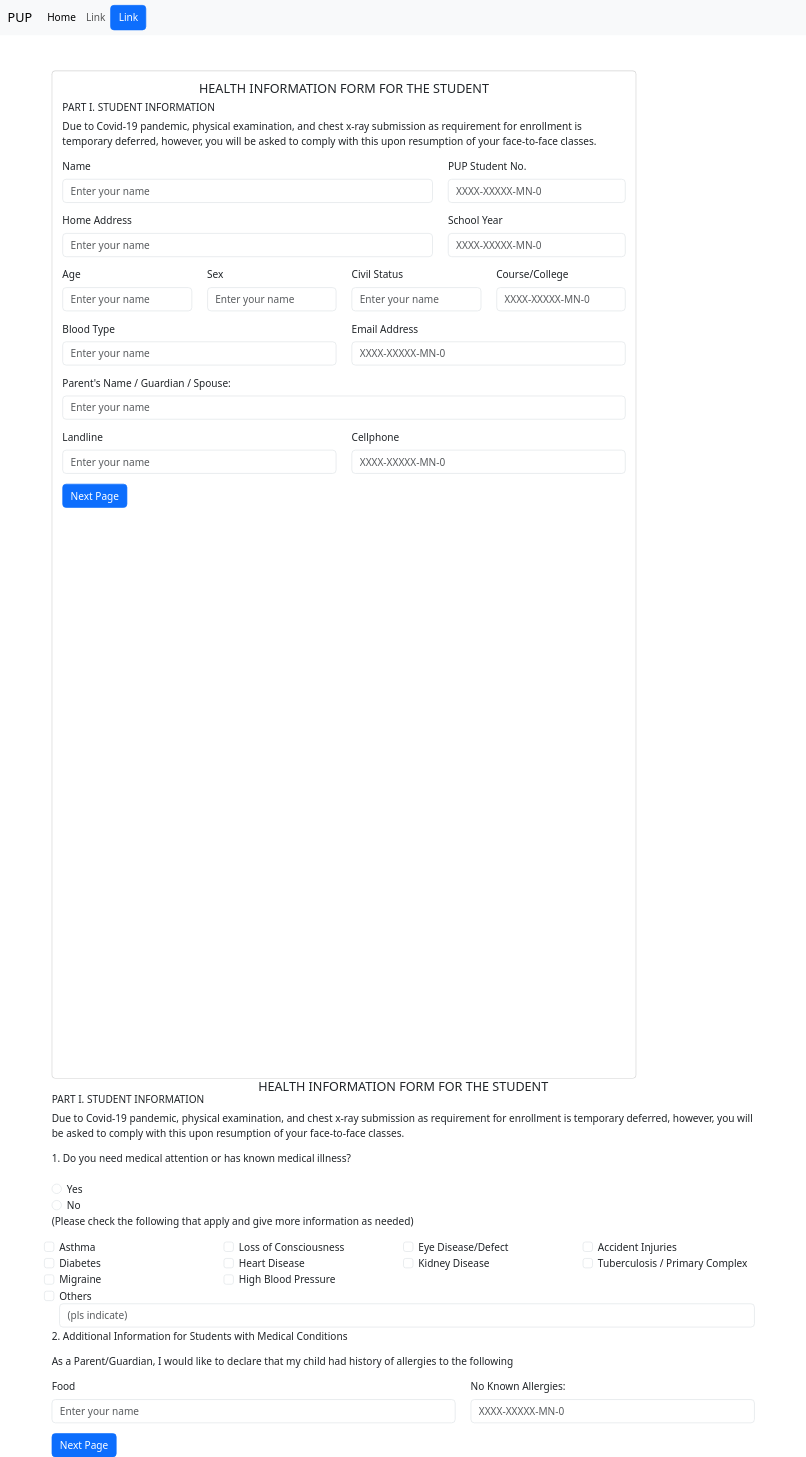
Repository: Nicktacku/webdev
Page: form.html
The author's editor kept a copy of each file at every save. The page is drawn from the files as they stood at one save, then again after the next save.
The browser window is 1280 px wide. The pictures show the whole page, at 63% of full size.

Above is the page before, as saved 2024-07-15 18:56:31.

### form.html
<!DOCTYPE html>
<html lang="en">
  <head>
    <meta charset="UTF-8" />
    <meta name="viewport" content="width=device-width, initial-scale=1.0" />
    <title>Document</title>
    <link
      href="https://cdn.jsdelivr.net/npm/bootstrap@5.3.3/dist/css/bootstrap.min.css"
      rel="stylesheet"
      integrity="sha384-QWTKZyjpPEjISv5WaRU9OFeRpok6YctnYmDr5pNlyT2bRjXh0JMhjY6hW+ALEwIH"
      crossorigin="anonymous"
    />
  </head>
  <body>
    <!-- Navbar -->
    <nav class="navbar navbar-expand-lg bg-body-tertiary">
        <div class="container-fluid">
          <a class="navbar-brand" href="#">PUP</a>
          <button
            class="navbar-toggler"
            type="button"
            data-bs-toggle="collapse"
            data-bs-target="#navbarSupportedContent"
            aria-controls="navbarSupportedContent"
            aria-expanded="false"
            aria-label="Toggle navigation"
          >
            <span class="navbar-toggler-icon"></span>
          </button>
          <div class="collapse navbar-collapse" id="navbarSupportedContent">
            <ul class="navbar-nav me-auto mb-2 mb-lg-0">
              <li class="nav-item">
                <a class="nav-link active" aria-current="page" href="#">Home</a>
              </li>
              <li class="nav-item">
                <a class="nav-link" href="#">Link</a>
              </li>

              <a class="btn btn-primary" href="form.html" role="button">Link</a>
          </div>
        </div>
      </nav>

    <div
      class="container mt-2 pt-5"
    >


    <div class="card" style="width: 58rem; height: 100rem">

        <!-- section 1 -->
        <div class="card-body" id="section-1">
          <h5 class="card-title d-flex justify-content-center">HEALTH INFORMATION FORM FOR THE STUDENT</h5>
          <h6 class="card-text">PART I. STUDENT INFORMATION</h6>
          <p class="card-text">Due to Covid-19 pandemic, physical examination, and chest x-ray submission as requirement for enrollment is
            temporary deferred, however, you will be asked to comply with this upon resumption of your face-to-face classes.</p>

            <div class="row">
                <div class="col-8">
                    <div class="mb-3">
                        <label for="name" class="form-label">Name</label>
                        <input type="text" class="form-control" id="name-input" placeholder="Enter your name">
                      </div>
                </div>
                <div class="col">
                    <div class="mb-3">
                        <label for="name" class="form-label">PUP Student No.</label>
                        <input type="text" class="form-control" id="name-input" placeholder="XXXX-XXXXX-MN-0">
                      </div>
                </div>
            </div>

            <div class="row">
                <div class="col-8">
                    <div class="mb-3">
                        <label for="name" class="form-label">Home Address</label>
                        <input type="text" class="form-control" id="name-input" placeholder="Enter your name">
                      </div>
                </div>
                <div class="col">
                    <div class="mb-3">
                        <label for="name" class="form-label">School Year</label>
                        <input type="text" class="form-control" id="name-input" placeholder="XXXX-XXXXX-MN-0">
                      </div>
                </div>
            </div>

            <div class="row">
                <div class="col-3">
                    <div class="mb-3">
                        <label for="name" class="form-label">Age</label>
                        <input type="text" class="form-control" id="name-input" placeholder="Enter your name">
                      </div>
                </div>
                <div class="col-3">
                    <div class="mb-3">
                        <label for="name" class="form-label">Sex</label>
                        <input type="text" class="form-control" id="name-input" placeholder="Enter your name">
                      </div>
                </div>
                <div class="col-3">
                    <div class="mb-3">
                        <label for="name" class="form-label">Civil Status</label>
                        <input type="text" class="form-control" id="name-input" placeholder="Enter your name">
                      </div>
                </div>
                <div class="col">
                    <div class="mb-3">
                        <label for="name" class="form-label">Course/College</label>
                        <input type="text" class="form-control" id="name-input" placeholder="XXXX-XXXXX-MN-0">
                      </div>
                </div>
            </div>

            <div class="row">
                <div class="col-6">
                    <div class="mb-3">
                        <label for="name" class="form-label">Blood Type</label>
                        <input type="text" class="form-control" id="name-input" placeholder="Enter your name">
                      </div>
                </div>
                <div class="col">
                    <div class="mb-3">
                        <label for="name" class="form-label">Email Address</label>
                        <input type="text" class="form-control" id="name-input" placeholder="XXXX-XXXXX-MN-0">
                      </div>
                </div>
            </div>

            <div class="row">
                <div class="col">
                    <div class="mb-3">
                        <label for="name" class="form-label">Parent's Name / Guardian / Spouse:</label>
                        <input type="text" class="form-control" id="name-input" placeholder="Enter your name">
                      </div>
                </div>
            </div>

            <div class="row">
                <div class="col-6">
                    <div class="mb-3">
                        <label for="name" class="form-label">Landline</label>
                        <input type="text" class="form-control" id="name-input" placeholder="Enter your name">
                      </div>
                </div>
                <div class="col">
                    <div class="mb-3">
                        <label for="name" class="form-label">Cellphone</label>
                        <input type="text" class="form-control" id="name-input" placeholder="XXXX-XXXXX-MN-0">
                      </div>
                </div>
            </div>

          <a href="#" class="btn btn-primary">Next Page</a>
        </div>
      </div>

      <!-- Section 2 -->
      <div class="card-body" id="section-2">
        <h5 class="card-title d-flex justify-content-center">HEALTH INFORMATION FORM FOR THE STUDENT</h5>
        <h6 class="card-text">PART I. STUDENT INFORMATION</h6>
        <p class="card-text">Due to Covid-19 pandemic, physical examination, and chest x-ray submission as requirement for enrollment is
          temporary deferred, however, you will be asked to comply with this upon resumption of your face-to-face classes.</p>

          <div class="row">
            <div class="col-12">
                <div class="mb-3">
                    <label for="name" class="form-label">1. Do you need medical attention or has known medical illness?</label>
                </div>
                <div class="form-check">
                    <input class="form-check-input" type="radio" name="flexRadioDefault" id="flexRadioDefault1">
                    <label class="form-check-label" for="flexRadioDefault1">
                      Yes
                    </label>
                  </div>
                  <div class="form-check">
                    <input class="form-check-input" type="radio" name="flexRadioDefault" id="flexRadioDefault2">
                    <label class="form-check-label" for="flexRadioDefault2">
                      No
                    </label>
                  </div>

                  <div class="row">
                    <p class="col-12">(Please check the following that apply and give more information as needed)</p>
                    <div class="form-check col-3">
                        <input class="form-check-input" type="checkbox" value="" id="flexCheckDefault">
                        <label class="form-check-label" for="flexCheckDefault">
                          Asthma
                    </label>
                    </div>
                    <div class="form-check col-3">
                        <input class="form-check-input" type="checkbox" value="" id="flexCheckDefault">
                        <label class="form-check-label" for="flexCheckDefault">
                            Loss of Consciousness
                    </label>
                    </div>
                    <div class="form-check col-3">
                        <input class="form-check-input" type="checkbox" value="" id="flexCheckDefault">
                        <label class="form-check-label" for="flexCheckDefault">
                            Eye Disease/Defect
                    </label>
                    </div>
                    <div class="form-check col-3">
                        <input class="form-check-input" type="checkbox" value="" id="flexCheckDefault">
                        <label class="form-check-label" for="flexCheckDefault">
                            Accident Injuries
                    </label>
                    </div>
                    <div class="form-check col-3">
                        <input class="form-check-input" type="checkbox" value="" id="flexCheckDefault">
                        <label class="form-check-label" for="flexCheckDefault">
                            Diabetes
                    </label>
                    </div>
                    <div class="form-check col-3">
                        <input class="form-check-input" type="checkbox" value="" id="flexCheckDefault">
                        <label class="form-check-label" for="flexCheckDefault">
                            Heart Disease
                    </label>
                    </div>
                    <div class="form-check col-3">
                        <input class="form-check-input" type="checkbox" value="" id="flexCheckDefault">
                        <label class="form-check-label" for="flexCheckDefault">
                            Kidney Disease
                    </label>
                    </div>
                    <div class="form-check col-3">
                        <input class="form-check-input" type="checkbox" value="" id="flexCheckDefault">
                        <label class="form-check-label" for="flexCheckDefault">
                            Tuberculosis / Primary Complex
                    </label>
                    </div>
                    <div class="form-check col-3">
                        <input class="form-check-input" type="checkbox" value="" id="flexCheckDefault">
                        <label class="form-check-label" for="flexCheckDefault">
                            Migraine
                    </label>
                    </div>
                    <div class="form-check col-3">
                        <input class="form-check-input" type="checkbox" value="" id="flexCheckDefault">
                        <label class="form-check-label" for="flexCheckDefault">
                            High Blood Pressure
                    </label>
                    </div>
                    <div class="form-check col-12">
                        <input class="form-check-input" type="checkbox" value="" id="flexCheckDefault">
                        <label class="form-check-label" for="flexCheckDefault">
                            Others
                        </label>
                        <input type="text" class="form-control" id="name-input" placeholder="(pls indicate)">
                    </div>
                  </div>
            </div>
            <div class="col">
                <p>2. Additional Information for Students with Medical Conditions</p>
                <p>As a Parent/Guardian, I would like to declare that my child had history of allergies to the following</p>

                <div class="row">
                    <div class="col-7">
                        <div class="mb-3">
                            <label for="name" class="form-label">Food</label>
                            <input type="text" class="form-control" id="name-input" placeholder="Enter your name">
                          </div>
                    </div>
                    <div class="col">
                        <div class="mb-3">
                            <label for="name" class="form-label">No Known Allergies:</label>
                            <input type="text" class="form-control" id="name-input" placeholder="XXXX-XXXXX-MN-0">
                          </div>
                    </div>
                </div>

            </div>
          </div>

        <a href="#" class="btn btn-primary">Next Page</a>
      </div>
    </div>


    <script
      src="https://cdn.jsdelivr.net/npm/bootstrap@5.3.3/dist/js/bootstrap.bundle.min.js"
      integrity="sha384-YvpcrYf0tY3lHB60NNkmXc5s9fDVZLESaAA55NDzOxhy9GkcIdslK1eN7N6jIeHz"
      crossorigin="anonymous"
    ></script>
  </body>
</html>

After the next save:
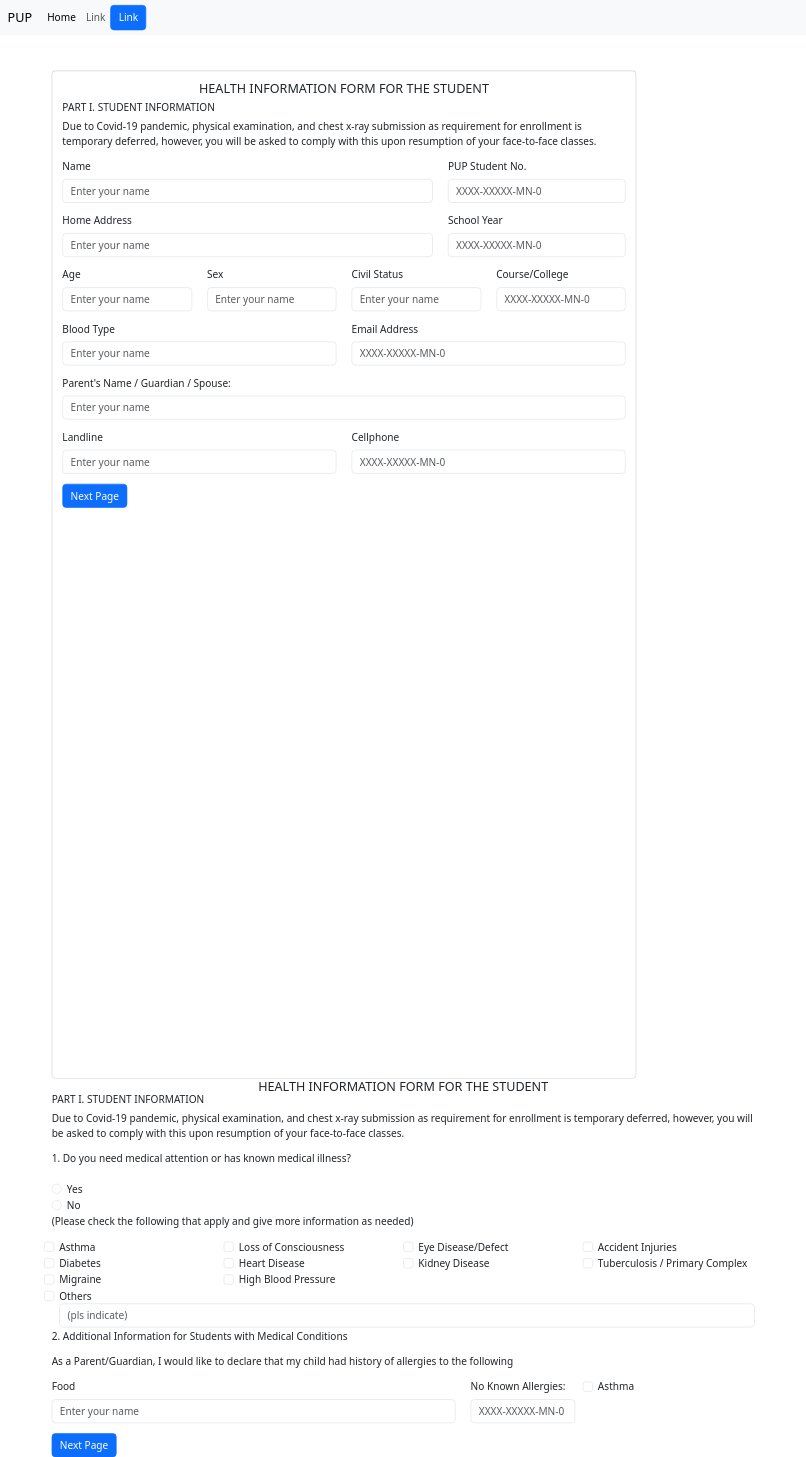
Saved 3 min 26 s later.
--- a/form.html
+++ b/form.html
@@ -251,6 +251,7 @@
                     </div>
                   </div>
             </div>
+
             <div class="col">
                 <p>2. Additional Information for Students with Medical Conditions</p>
                 <p>As a Parent/Guardian, I would like to declare that my child had history of allergies to the following</p>
@@ -268,6 +269,14 @@
                             <input type="text" class="form-control" id="name-input" placeholder="XXXX-XXXXX-MN-0">
                           </div>
                     </div>
+
+
+                        <div class="form-check col-3">
+                            <input class="form-check-input" type="checkbox" value="" id="flexCheckDefault">
+                            <label class="form-check-label" for="flexCheckDefault">
+                              Asthma
+                        </label>
+                        </div>
                 </div>
 
             </div>
